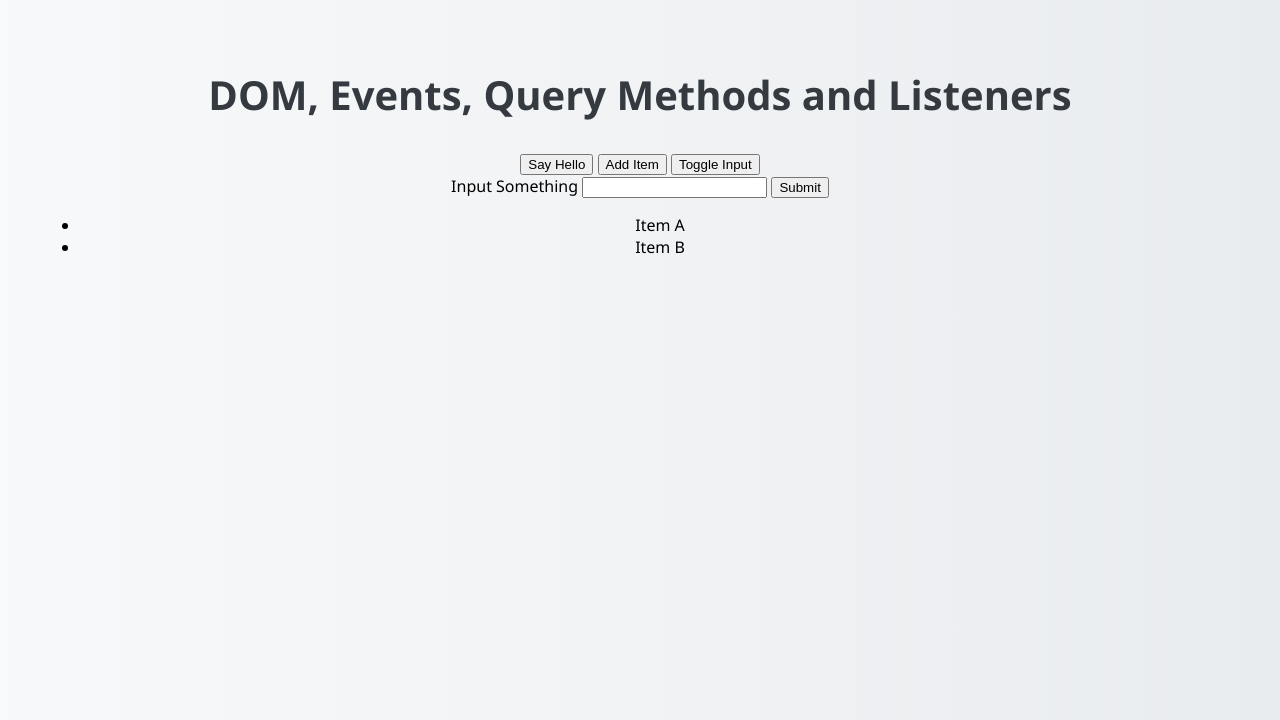
Repository: SiddhantNagaria/Genpact-Training
Page: Java Training/08 first-webmvc/src/main/resources/static/about.html
These files come from the project's save history. The page is drawn as it stood at one moment and after the next save; the edit follows.
The browser window is 1280 px wide. The pictures show the whole page.

Above is the page before, as saved 2025-11-17 10:39:37.

### Java Training/08 first-webmvc/src/main/resources/static/about.html
<!DOCTYPE html>
<html>
<head>
<meta charset="ISO-8859-1">
<title>User form</title>
<link rel="stylesheet" href="/css/style.css">
</head>
<body>

	<!-- <h1>Welcome to first web page using Spring boot</h1>
	<br> <br>
	<div class="nav-links">
	<a href='/'>Home</a>
	<a href='/form'>Form</a>
	<a href='/formTag'>Form JSP</a>
	<a href='/about'>About</a>
	<a href='/contact'>Contact</a>
	</div> -->

	<h1>DOM, Events, Query Methods and Listeners</h1>
	<div id="controls">
		<button id="btn-hello" class="btn">Say Hello</button>
		<button id="btn-add" class="btn">Add Item</button>
		<button id="btn-toggle" class="btn">Toggle Input</button>
	</div>

	<form id="demo-form">
		<label for="text-input">Input Something</label> <input id="text-input" type="text" />
		<button id="submit-btn" class="btn" type="submit">Submit</button>
	</form>
	<ul id="items-list">
		<li class="item">Item A</li>
		<li class="item">Item B</li>
	</ul>

	<div class="log" id="log"></div>

	<script src="js/app2.js"></script>
</body>
</html>

### Java Training/08 first-webmvc/src/main/resources/static/css/style.css
body {
	font-family: 'Segoe UI', Tahoma, Geneva, Verdana, sans-serif;
	background: linear-gradient(to right, #f8f9fa, #e9ecef);
	margin: 0;
	padding: 40px;
	text-align: center;
}

h1 {
	color: #343a40;
	font-size: 2.5em;
	margin-bottom: 30px;
}

.nav-links {
	display: flex;
	justify-content: center;
	gap: 20px;
	margin-top: 20px;
}

.nav-links a {
	text-decoration: none;
	padding: 12px 24px;
	background-color: #007bff;
	color: white;
	border-radius: 8px;
	transition: background-color 0.3s ease;
	font-weight: bold;
}

.nav-links a:hover {
	background-color: #0056b3;
}

.contact-form {
	background-color: #ffffff;
	padding: 30px 40px;
	border-radius: 10px;
	box-shadow: 0 4px 12px rgba(0, 0, 0, 0.1);
	width: 100%;
	max-width: 500px;
	position: relative;
}

.contact-form h2 {
	margin-bottom: 20px;
	color: #333;
	text-align: center;
}

.contact-form label {
	display: block;
	margin-bottom: 8px;
	font-weight: bold;
	color: #555;
}

.contact-form input {
	width: 100%;
	padding: 10px;
	margin-bottom: 20px;
	border: 1px solid #ccc;
	border-radius: 6px;
	font-size: 14px;
}

.contact-form button {
	width: 100%;
	padding: 12px;
	background-color: #007bff;
	color: white;
	border: none;
	border-radius: 6px;
	font-size: 16px;
	cursor: pointer;
	transition: background-color 0.3s ease;
}

.contact-form button:hover {
	background-color: #0056b3;
}

.contact-form a {
	color: #007bff;
	text-decoration: none;
}

.contact-form a:hover {
	text-decoration: underline;
}

### Java Training/08 first-webmvc/src/main/resources/static/js/app2.js
/*

	DOM = Document object model

	tree like representation of the html document , - the browser build when it loads the page.
	every html element becomes a node
	Js can read and modify the DOM to change content, structure and style while the page is running

DOM in JS - programming interface for web based documents
	- where each object corresponds to a part of the document - element , attributetext

enabling interactive and dynamic web features

QUery methods - access DOM nodes

*/

document.getElementById
document.getElementsByTagName
document.getElementsByClassName
document.querySelector
document.querySelectorAll

/*
Events -  action that happen in the browser - click, input, submit, mouseover
- event occur - the browser creates an event object => sent to event handlers
*/


/*

event.type		//type of element
event.target 	//actual elemnt that triggered the event
event.currentTarget		//element the handler is attached to
event.preventDefault	// prevent the browser default action
event.stopPropagation			// stop the event moving further


*/
//Event Listeners :

const btnHello = document.getElementById('btn-hello');
const btnAdd = document.querySelector('#btn-add');
const btnToggle = document.querySelector("#btn-toggle");
const form = document.getElementById('demo-form');
const input = document.getElementById('text-input');
const itemList = document.getElementById('items-list');
const log = document.getElementById('log');
const items = document.querySelectorAll('#items-list.item');


function appendLog(message) {
	const time = new Date().toLocaleTimeString();
	log.textContent += `\n[${time} ${message}]\n`;
	log.scrollTop = log.scrollHeight;	// log auto -scrolls
}


//Event listeners

// 	1. hello button click event
btnHello.addEventListener('click', function(ev) {
	appendLog('Hello button clicked');
	alert("Hello from hello button");
});

//	2. Add Item Button - dynamically add list items
btnAdd.addEventListener('click', function(ev) {
	const li = document.createElement("li");
	li.className = 'item';
	li.textContent = 'Item' + (itemList.children.length + 1);
	itemList.appendChild(li);
	appendLog('Added : ' + li.textContent);
});

//	3. Toggle (show hide) input visibility

btnToggle.addEventListener('click', () => {
	/*if (input.classList.contains('hidden')) {
		input.classList.remove('hidden');
		appendLog('input shown');
	} else {
		input.classList.add('hidden');
		appendLog('input hidden');
	}*/
	if (input.style.display === 'none') {
		input.style.display = 'inline-block';
		appendLog('input shown');
	}
	else {
		input.style.display = 'none';
		appendLog('input hidden');
	}
});

// 4. submit - form submit preventDefault
form.addEventListener('submit', function(event) {
	event.preventDefault();
	const value = input.value.trim();
	if (value) {
		appendLog('form submitted with ' + value);
		input.value = "";
	} else {
		appendLog("form submitted with empty input");
	}
})



/////////////////////////////////////////////////////////////////////////////

//Assignment -  To Do List
// input box - user type task
// add task button
// task get added in a list
// for every item, there should be a delete button

After the next save:
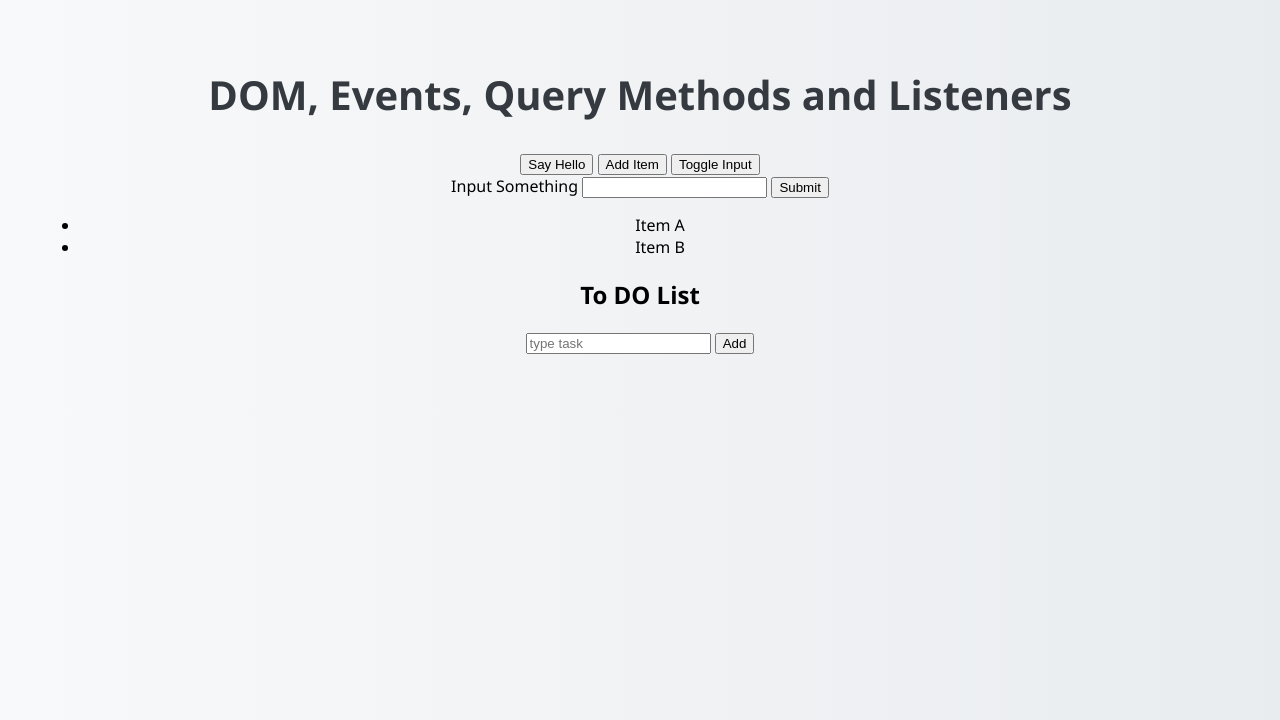
Saved 3 min 40 s later.
--- a/Java Training/08 first-webmvc/src/main/resources/static/about.html
+++ b/Java Training/08 first-webmvc/src/main/resources/static/about.html
@@ -25,7 +25,8 @@
 	</div>
 
 	<form id="demo-form">
-		<label for="text-input">Input Something</label> <input id="text-input" type="text" />
+		<label for="text-input">Input Something</label> <input id="text-input"
+			type="text" />
 		<button id="submit-btn" class="btn" type="submit">Submit</button>
 	</form>
 	<ul id="items-list">
@@ -33,6 +34,14 @@
 		<li class="item">Item B</li>
 	</ul>
 
+
+	<div id="Todo">
+		<h2>To DO List</h2>
+		<input type="text" id="todoInput" placeholder="type task" />
+		<button onClick="addTodo()">Add</button>
+		<ul id="todoList"></ul>
+	</div>
+
 	<div class="log" id="log"></div>
 
 	<script src="js/app2.js"></script>
